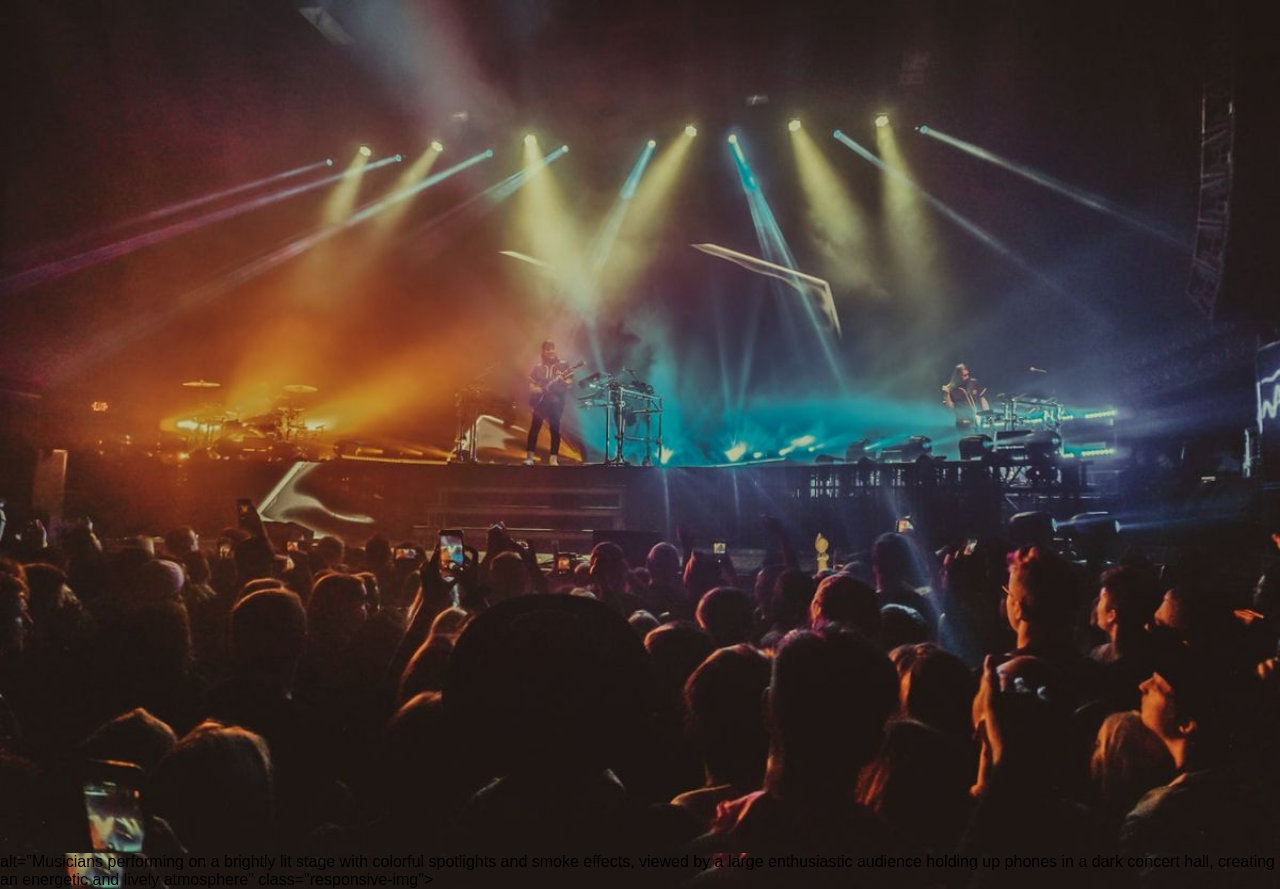
Repository: Hajimohammadi-KI/Web-Technologien
Page: index.html
These files come from the project's save history. The page is drawn as it stood at one moment and after the next save; the edit follows.
The browser window is 1280 px wide. The pictures show the whole page.

Above is the page before, as saved 2025-09-30 12:53:18.

### index.html
<!DOCTYPE html>
<html lang="en">
<head>
    <meta charset="UTF-8">
    <meta name="viewport" content="width=device-width, initial-scale=1.0">
    <link rel="stylesheet" href="Style.css">
    <title>Document</title>
</head>
<body>
    <!-- The alt attribute is used to provide alternative text for the image if it fails to load or if the user visits the page via a screen reader. -->
    <img src="img/spotify-livestreaming-virtual-concerts-feat.jpeg"
    alt=Musicians performing on a brightly lit stage with colorful spotlights and smoke effects while a large enthusiastic audience watches and records the event with their phones in a dark concert hall filled with energy and excitement class="responsive-img">
    alt="Musicians performing on a brightly lit stage with colorful spotlights and smoke effects, viewed by a large enthusiastic audience holding up phones in a dark concert hall, creating an energetic and lively atmosphere" class="responsive-img">
</body>
</html>

### Style.css
/*
    Styles for responsive images.
    The .responsive-img class is intended to make images scale appropriately
    to fit their container while maintaining aspect ratio.
    Apply this class to <img> elements to ensure they are responsive
    across different screen sizes and devices.
*/
img.responsive-img {
  width: 100%; /* [translate:عرض تصویر همیشه برابر با عرض عنصر والد خواهد بود] */
  height: auto; /* [translate:نسبت ابعاد تصویر حفظ می‌شود] */
  max-width: 100vw; /* [translate:تصویر هیچ‌گاه از عرض پنجره مرورگر بزرگ‌تر نمی‌شود] */
  display: block; /* [translate:فضای اضافی پایین عکس حذف می‌شود] */
}

@media (max-width: 600px) {
  img.responsive-img {
    max-width: 100%; /* [translate:در صفحات کوچک، حداکثر عرض تصویر برابر با عنصر والد می‌شود] */
  }
}

 body {
  font-family: Arial, sans-serif; /* [translate:تنظیم فونت پیش‌فرض برای کل صفحه] */
  margin: 0; /* [translate:حذف حاشیه پیش‌فرض مرورگر] */
  padding: 0; /* [translate:حذف فاصله داخلی پیش‌فرض مرورگر] */
  box-sizing: border-box; /* [translate:شامل کردن حاشیه و پدینگ در محاسبه عرض و ارتفاع عناصر] */
  background: url("img/spotify-livestreaming-virtual-concerts-feat.jpeg");
  background-position: center; /* [translate:تنظیم موقعیت پس‌زمینه در مرکز] */
  background-repeat: no-repeat; /* [translate:عدم تکرار تصویر پس‌زمینه] */
  background-size: cover; /* [translate:پوشش کامل پس‌زمینه] */
}

After the next save:
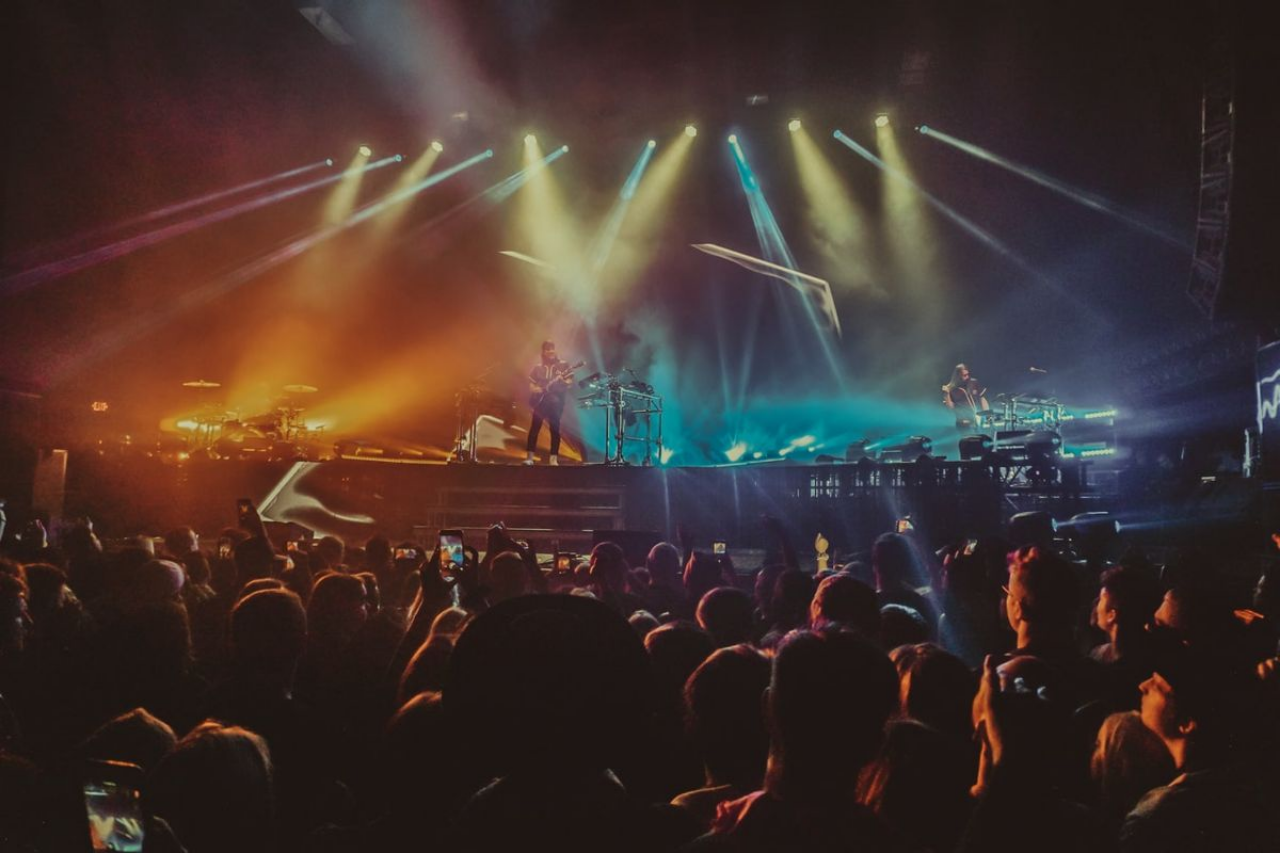
Saved 8 s later.
--- a/index.html
+++ b/index.html
@@ -10,6 +10,5 @@
     <!-- The alt attribute is used to provide alternative text for the image if it fails to load or if the user visits the page via a screen reader. -->
     <img src="img/spotify-livestreaming-virtual-concerts-feat.jpeg"
     alt=Musicians performing on a brightly lit stage with colorful spotlights and smoke effects while a large enthusiastic audience watches and records the event with their phones in a dark concert hall filled with energy and excitement class="responsive-img">
-    alt="Musicians performing on a brightly lit stage with colorful spotlights and smoke effects, viewed by a large enthusiastic audience holding up phones in a dark concert hall, creating an energetic and lively atmosphere" class="responsive-img">
 </body>
 </html>
